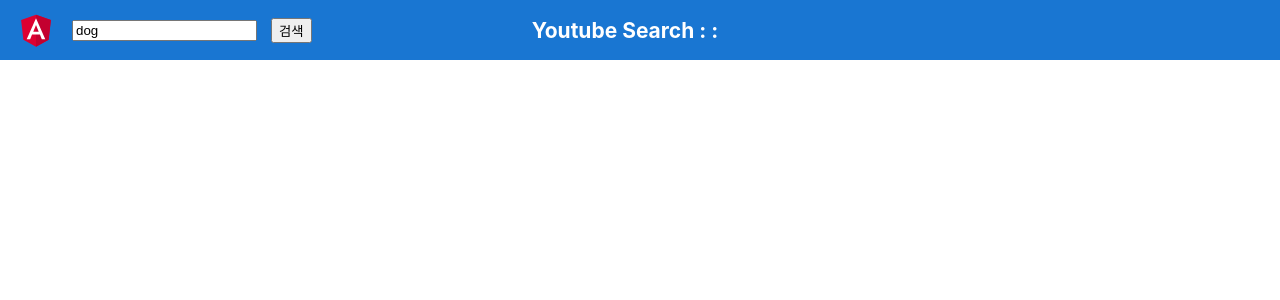
Repository: angular-weekely-toy/week10-rxjs-project
Page: / (app in youtube-example/)
These files come from the project's save history. The page is drawn as it stood at one moment and after the next save; the edit follows.
The browser window is 1280 px wide. The pictures show the whole page.
The page's requests for data from a server got no answer. The project was rebuilt for these pictures with package versions that can differ from the ones it lists, and the page was loaded fresh each time. No one was signed in, and anything a server would have sent is missing. Also part of the build but not shown: youtube-example/angular.json.

Above is the page before, as saved 2022-02-26 17:50:47.

### youtube-example/src/index.html
<!doctype html>
<html lang="en">
<head>
  <meta charset="utf-8">
  <title>YoutubeExample</title>
  <base href="/">
  <meta name="viewport" content="width=device-width, initial-scale=1">
  <link rel="icon" type="image/x-icon" href="favicon.ico">
</head>
<body>
  <app-root></app-root>
</body>
</html>

### youtube-example/src/app/app.module.ts
import { NgModule } from '@angular/core';
import { BrowserModule } from '@angular/platform-browser';
import { FormsModule, ReactiveFormsModule } from '@angular/forms';
import { AppRoutingModule } from './app-routing.module';
import { HttpClientModule, HTTP_INTERCEPTORS, HttpClient } from '@angular/common/http';
import { AppComponent } from './app.component';

@NgModule({
  declarations: [
    AppComponent
  ],
  imports: [
    BrowserModule,
    AppRoutingModule,
    HttpClientModule,
    FormsModule,
    ReactiveFormsModule
  ],
  providers: [],
  bootstrap: [AppComponent]
})
export class AppModule { }

### youtube-example/src/environments/environment.ts
// This file can be replaced during build by using the `fileReplacements` array.
// `ng build` replaces `environment.ts` with `environment.prod.ts`.
// The list of file replacements can be found in `angular.json`.

export const environment = {
  production: false,
  key: 'AIzaSyALnE4YcKrDM2rNRbyqEohzMgWJidT9Lxs',
  url: 'https://www.googleapis.com/youtube/v3/search'
};

/*
 * For easier debugging in development mode, you can import the following file
 * to ignore zone related error stack frames such as `zone.run`, `zoneDelegate.invokeTask`.
 *
 * This import should be commented out in production mode because it will have a negative impact
 * on performance if an error is thrown.
 */
// import 'zone.js/plugins/zone-error';  // Included with Angular CLI.

### youtube-example/src/app/app.component.ts
import { Component, OnInit } from '@angular/core';
import { YoutubeService } from './service/youtube.service'
import { FormBuilder, FormGroup  } from '@angular/forms';

@Component({
  selector: 'app-root',
  templateUrl: './app.component.html',
  styleUrls: ['./app.component.css'],
  providers: [YoutubeService],
})
export class AppComponent implements OnInit {
  title = 'Youtube Search : ';
  group: FormGroup;
  target: string = "";
  youtubeItem: string = "";
  youtubeList?: any[] = new Array();
  youtubeTitle?: String;

  constructor(private fb: FormBuilder, private youtubeService: YoutubeService) {
    this.group = this.fb.group({});

  }

  createForm() {
    this.group.addControl('search_text', this.fb.control('dog'));
  }

  ngOnInit(): void {
    this.createForm();
    this.target = this.group?.controls?.search_text?.value;
    this.search(this.target);
  }

  search(search: any) {
    this.searchList(search);
  }

  actionSubmit= () => {
    this.target = this.group?.controls?.search_text?.value;
    this.searchList(this.target);
  }

  searchList(searchText: any) {
    this.youtubeService.getSearchChannel(searchText)
      .toPromise()
      .then((data) => {
        this.youtubeTitle = searchText;
        console.log('items : ', data?.kind);
        this.youtubeList = data?.items;
        console.log('req -> ', data);
      })
      .catch((error) => {
        console.log('error - ', error);
      })
  }


}

### youtube-example/src/app/app.component.html

<!-- Toolbar -->
<form [formGroup]="group" (ngSubmit)="actionSubmit()">
  <div class="toolbar" role="banner">
    <img
      width="40"
      alt="Angular Logo"
      src="data:[embedded picture, 522 characters]"
    />

    <input type="text" formControlName="search_text"/>
    &nbsp;&nbsp;&nbsp;&nbsp;<button type="sbumit">검색</button>
    <span style="margin-left: 220px;"><h2>{{title}} : {{youtubeTitle}}</h2></span>
  </div>

  <div class="content" role="main">
    <ul>
      <li *ngFor="let youtubeItem of youtubeList" [value]="youtubeItem">
        <img src="{{youtubeItem.snippet.thumbnails.default.url}}"/>
        <a href="https://youtube.com/channel/{{youtubeItem.id.channelId}}" target="_blank">
          {{youtubeItem.snippet.channelTitle}}
        </a>
      </li>
    </ul>
  </div>
  </form>

### youtube-example/src/app/service/youtube.service.ts
import { Inject, Injectable } from '@angular/core';
import { HttpClient, HttpParams, HttpEvent, HttpHeaders } from '@angular/common/http';
import { Observable } from 'rxjs';
import { environment } from '../../environments/environment';

@Injectable()
export class YoutubeService {
    constructor(private http: HttpClient) {}

    getSearchChannel(q: string): Observable<any> {
        const url: string = environment.url + `?part=snippet&q=${q}&type=channel&key=${environment.key}`;
        let result: any;
        try {
            result = this.http.get<any>(url).pipe();
        } catch (e) {
            console.log('eeee', e);
        }
        return result;
    }
}

Loaded but not shown: youtube-example/src/styles.css (common file); youtube-example/src/main.ts (common file); youtube-example/src/app/app-routing.module.ts (common file); youtube-example/src/app/app.component.css (common file)

After the next save:
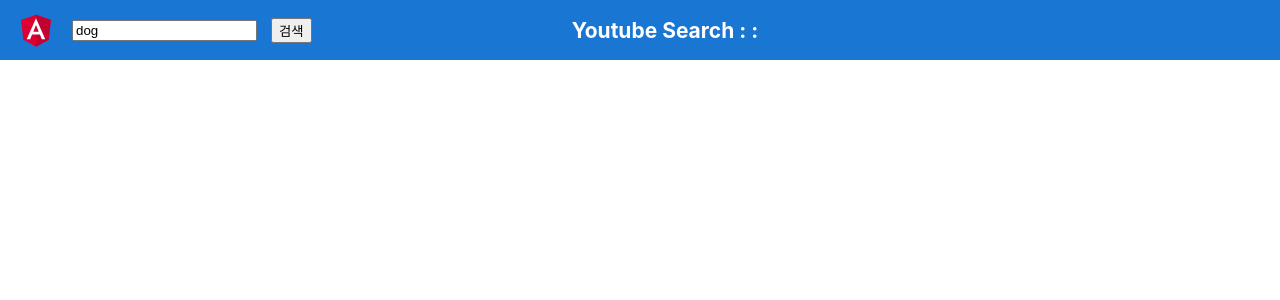
Saved 4 s later.
--- a/youtube-example/src/app/app.component.html
+++ b/youtube-example/src/app/app.component.html
@@ -10,7 +10,7 @@
 
     <input type="text" formControlName="search_text"/>
     &nbsp;&nbsp;&nbsp;&nbsp;<button type="sbumit">검색</button>
-    <span style="margin-left: 220px;"><h2>{{title}} : {{youtubeTitle}}</h2></span>
+    <span style="margin-left: 260px;"><h2>{{title}} : {{youtubeTitle}}</h2></span>
   </div>
 
   <div class="content" role="main">
